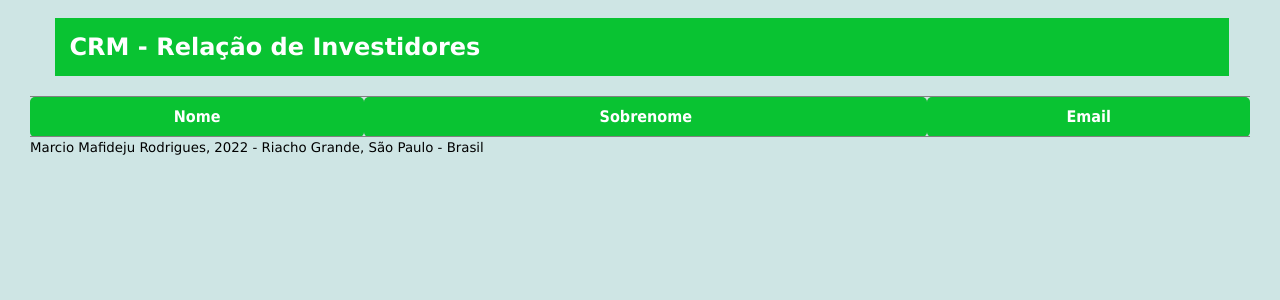
Repository: mafideju/CustomerTracker
Page: http://localhost/web-customer-tracker/WEB-INF/view/list-customers.jsp
An editor plug-in stored every save of this project. The page is shown before and after the next save, followed by the edit.
The browser window is 1280 px wide. The pictures show the whole page.
The page is served by Tomcat 9. Nobody is signed in. Other server files are loaded and not shown. The template is opened directly, without the code that normally fills it, so the values that code supplies are empty.

Above is the page before, as saved 2022-01-22 02:13:40.

### web-customer-tracker/WebContent/WEB-INF/view/list-customers.jsp
<%@ taglib uri="http://java.sun.com/jsp/jstl/core" prefix="c" %>

<!DOCTYPE html>
<html>
	<head>
		<title>Lista de Investidores</title>
		<link type="text/css" rel="stylesheet" href="${pageContext.request.contextPath}/resources/css/style.css">
	</head>

	<body>
		<main>

			<div id="wrapper"  style="display: flex; justify-content: center;">
				<div id="header">
					<h2>CRM - Relação de Investidores</h2>
				</div>
			</div>

			<div id="container">
				<div id="content">
					<table>
						<tr>
							<th>Nome</th>
							<th>Sobrenome</th>
							<th>Email</th>
						</tr>

						<c:forEach var="customer" items="${customers}">
							<tr>
								<td>${customer.firstName}</td>
								<td>${customer.lastName}</td>
								<td>${customer.email}</td>
							</tr>
						</c:forEach>

					</table>
				</div>
			</div>

		</main>
		<footer>
			<small>Marcio Mafideju Rodrigues, 2022 - Riacho Grande, São Paulo - Brasil</small>
		</footer>
	</body>
</html>

### web-customer-tracker/WebContent/resources/css/style.css
html, body{
	margin-left:15px;
	margin-right:15px;
	padding:0px;
	font-family:Verdana, Arial, Helvetica, sans-serif;
	background-color: #cee5e4;
}

table {
	border-collapse:collapse;
	border-bottom:1px solid gray;
	font-family: Tahoma,Verdana,Segoe,sans-serif;
	width:100%;
}

th {
	border-bottom:1px solid gray;
	background:none repeat scroll 0 0 #09c332;
	padding:10px;
	color: #FFFFFF;
	border-radius: 5px;
}

tr {
	border-top:1px solid gray;
	text-align:center;
}

tr:nth-child(even) {background: #FFFFFF;}
tr:nth-child(odd) {background: #BBBBBB;}

.add-button {
	border: 1px solid #666;
	border-radius: 5px;
	padding: 4px;
	font-size: 12px;
	font-weight: bold;
	width: 120px;
	padding: 5px 10px;
	margin-bottom: 15px;
	background: #cccccc;
}

#wrapper {
	width: 100%;
	margin-top: 0px;
}

#header {
	width: 95%;
	background: #09c332;
	margin-left: 3px;
	margin-top: 10px;
	padding:15px 0px 15px 15px;
}

#header h2 {
	width: 100%;
	margin:auto;
	color: #FFFFFF;
}

#container {
	width: 100%;
	margin: auto
}

#container h3 {
	color: #000;
}

#container #content {
	margin-top: 20px;
}

After the next save:
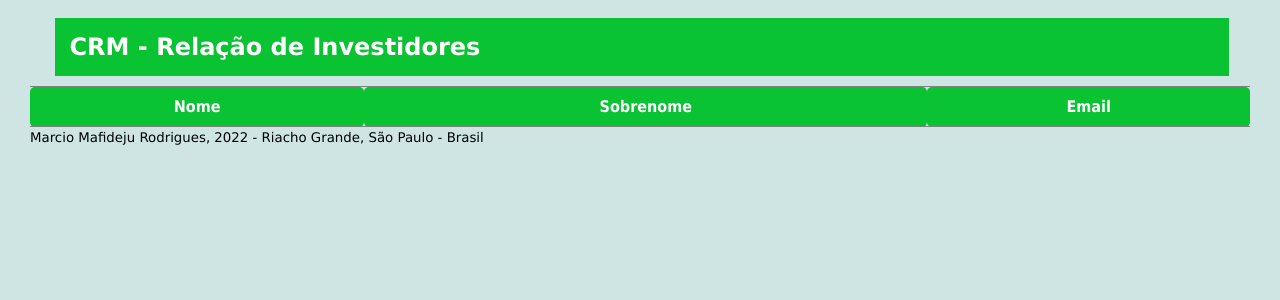
Saved 41 s later.
--- a/web-customer-tracker/WebContent/resources/css/style.css
+++ b/web-customer-tracker/WebContent/resources/css/style.css
@@ -70,5 +70,5 @@ tr:nth-child(odd) {background: #BBBBBB;}
 }
 
 #container #content {
-	margin-top: 20px;
+	margin-top: 10px;
 }
